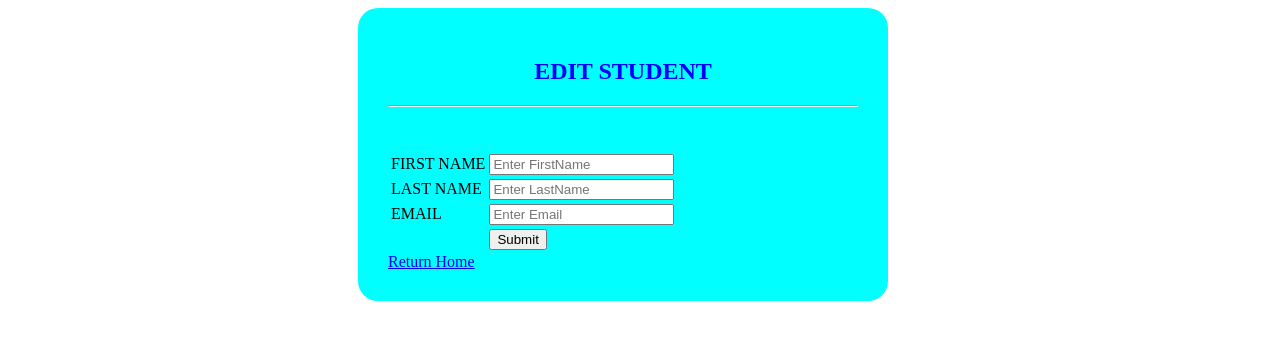
Repository: Catalyst-OTU/Java_Works
Page: http://localhost/Student-MVC/edit-Student-form.jsp
The author's editor kept a copy of each file at every save. The page is drawn from the files as they stood at one save, then again after the next save.
The browser window is 1280 px wide. The pictures show the whole page.
The page is served by Tomcat 9.

Above is the page before, as saved 2021-02-02 19:42:32.

After the next save:
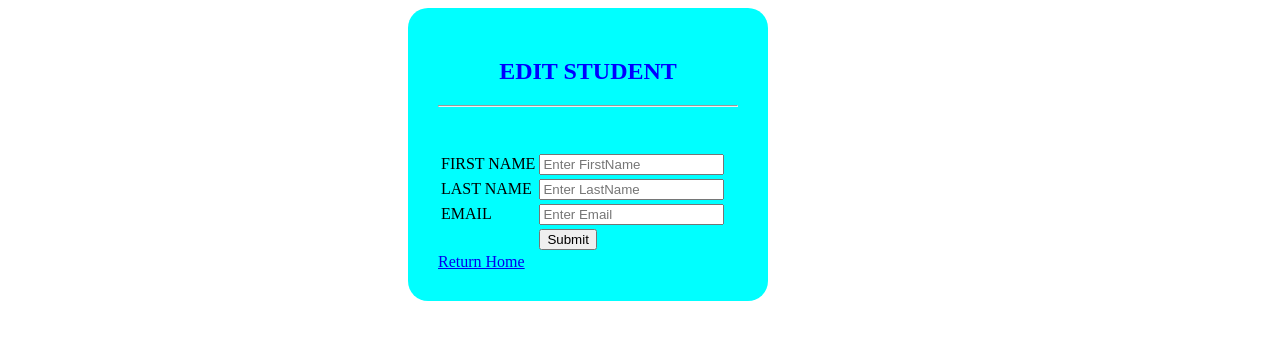
Saved 24 s later.
--- a/Student-MVC/WebContent/edit-Student-form.jsp
+++ b/Student-MVC/WebContent/edit-Student-form.jsp
@@ -7,11 +7,11 @@
 
 	    <style>
         .conatiners{
-                  margin-left: 350px;
+                  margin-left: 400px;
                   margin-top: 10x;
                   background-color: aqua;
                   border-radius: 20px;
-                  width: 470px;
+                  width: 300px;
                   padding: 30px;
                 }
                 h2{color: blue; text-align: center; cursor: pointer;}
